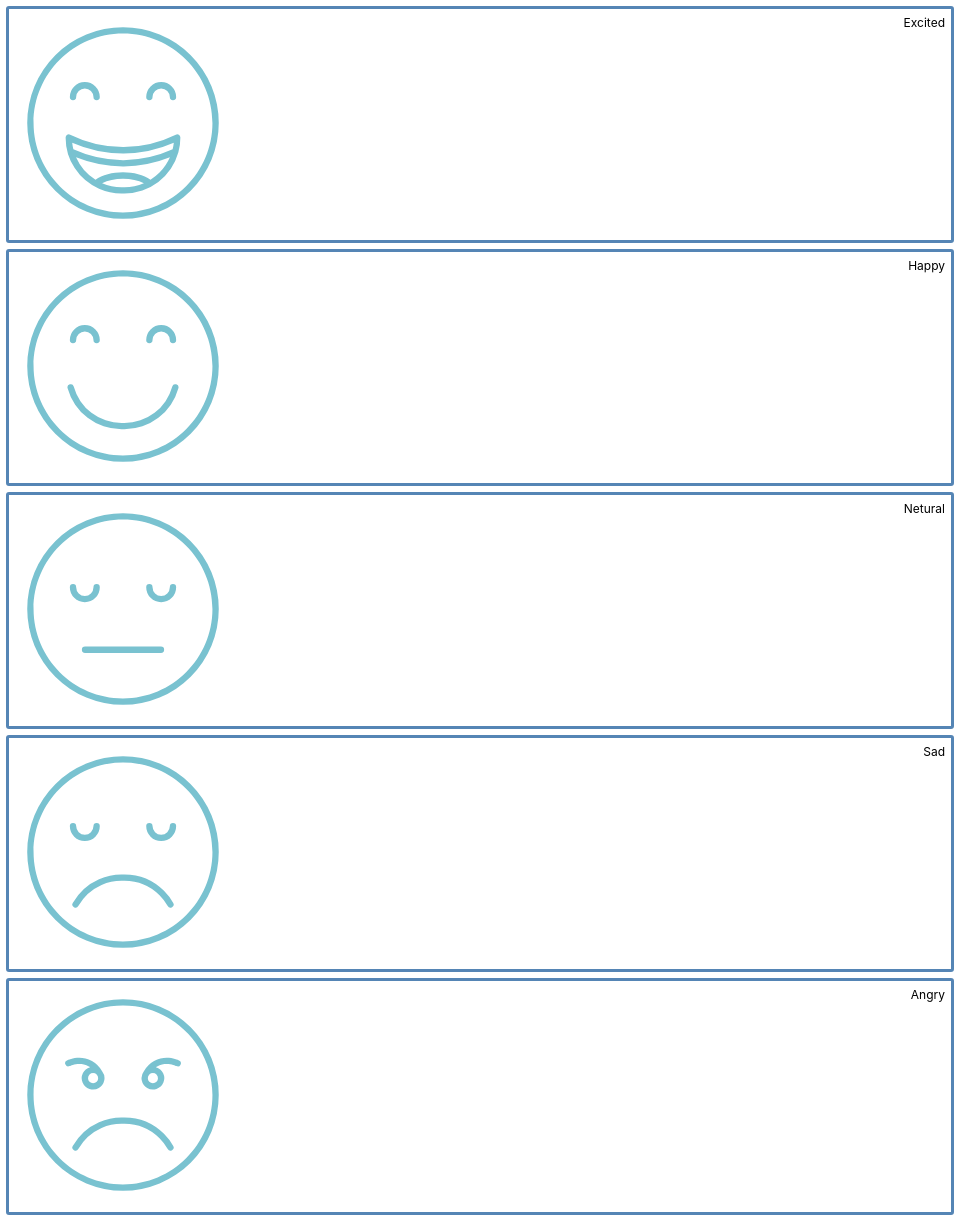
Repository: majakesin/moodify-app
Page: /
These files come from the project's save history. The page is drawn as it stood at one moment and after the next save; the edit follows.
The browser window is 1280 px wide. The pictures show the whole page, at 75% of full size.
The project was rebuilt for these pictures with package versions that can differ from the ones it lists, and the page was loaded fresh each time.

Above is the page before, as saved 2023-08-21 11:46:16.

After the next save:
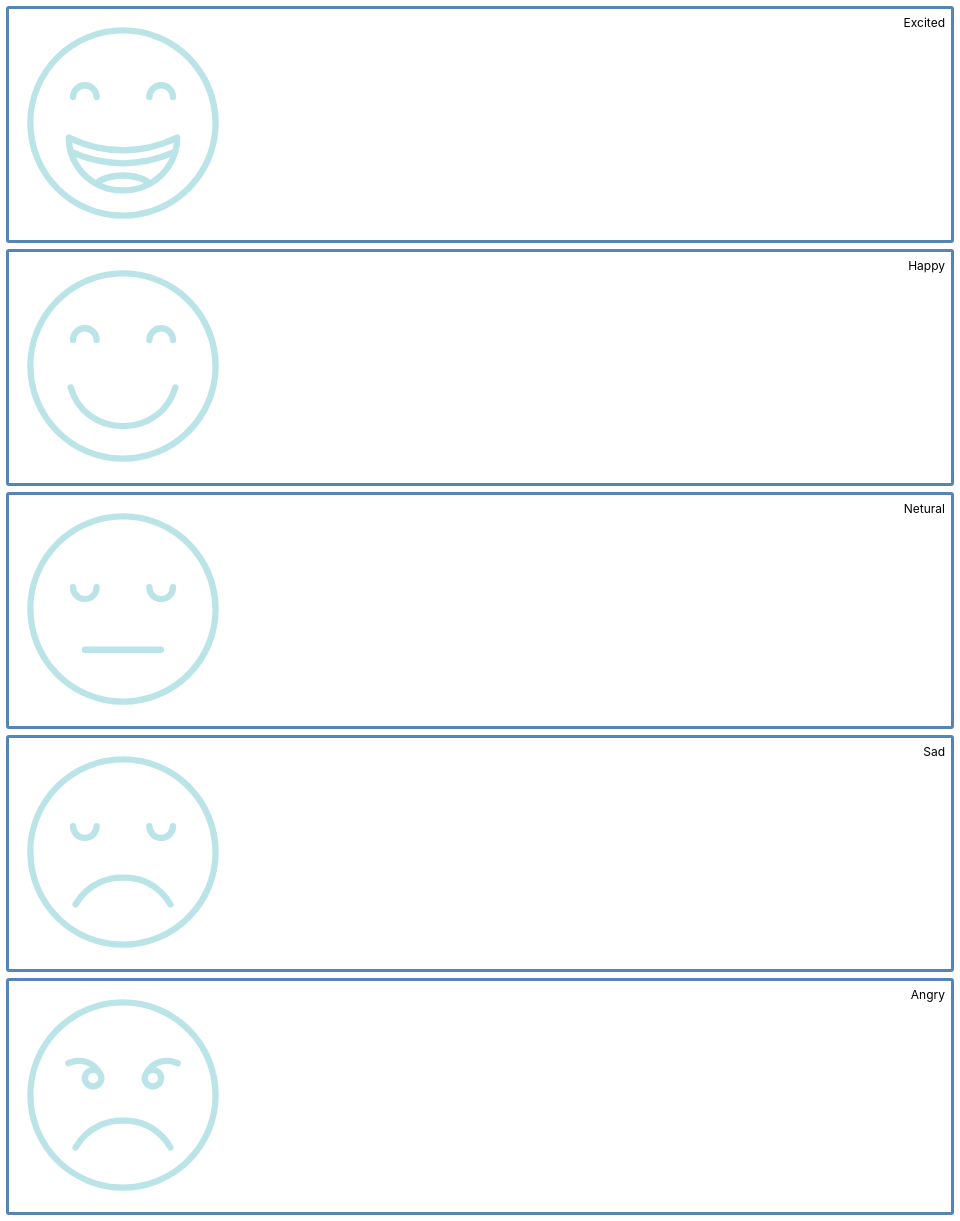
Saved 8 s later.
--- a/src/components/Mood/index.module.css
+++ b/src/components/Mood/index.module.css
@@ -11,5 +11,5 @@
 }
 
 .icon {
-    color: var(--third-color);
+    color: var(--fourth-color);
 }
